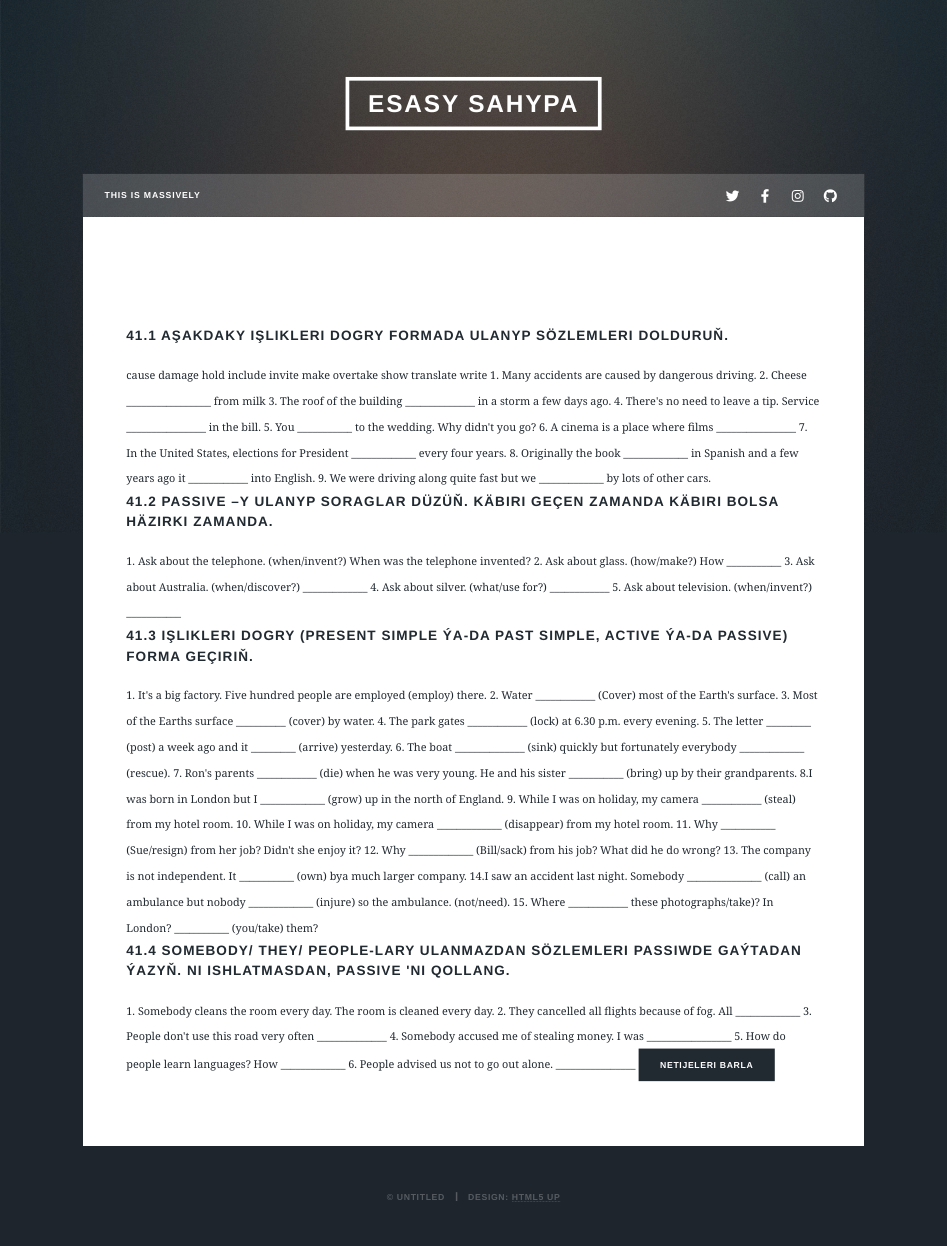
Repository: Sahet-dev/English-grammar-app
Page: test/test_unit _41.html
An editor plug-in stored every save of this project. The page is shown before and after the next save, followed by the edit.
The browser window is 1280 px wide. The pictures show the whole page, at 74% of full size.
Some web fonts or font styles are not loaded; a fallback is used.

Above is the page before, as saved 2022-06-24 17:25:57.

After the next save:
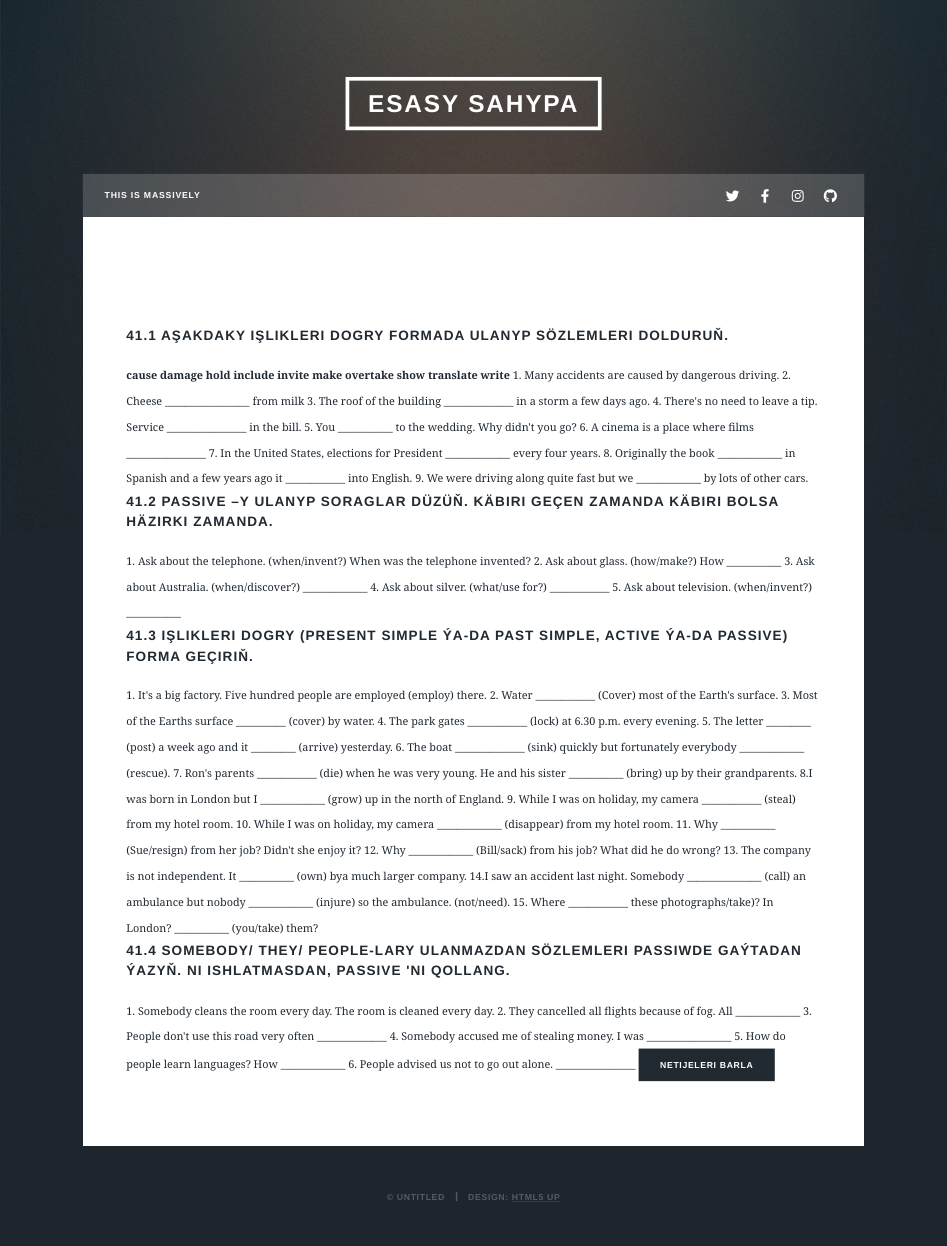
Saved 25 s later.
--- a/test/test_unit _41.html
+++ b/test/test_unit _41.html
@@ -57,9 +57,9 @@
 
 														Aşakdaky işlikleri dogry formada ulanyp sözlemleri dolduruň.</h3>
 
-														cause damage hold include invite make
-
-														overtake show translate write
+														<b> cause damage hold include invite make
+
+														overtake show translate write </b>
 
 														1. Many accidents are caused by dangerous
 														driving.
